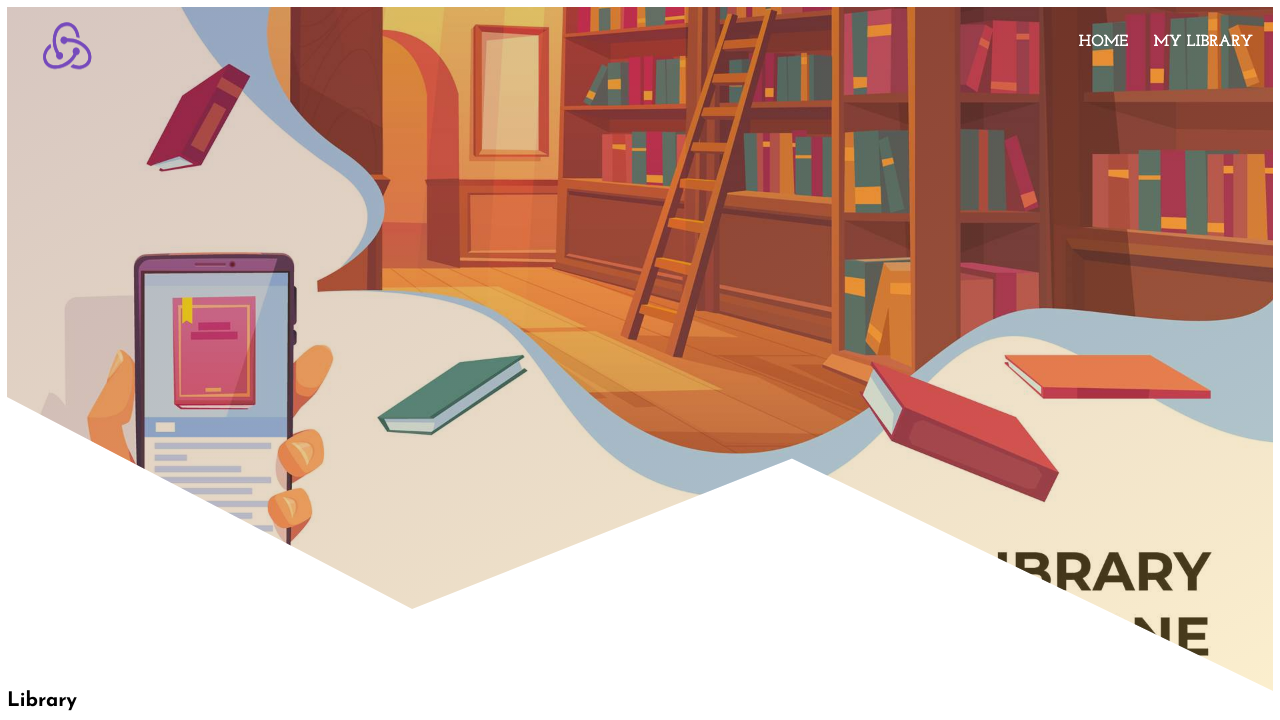
Repository: Kol124/react-book-library
Page: /Library
These files come from the project's save history. The page is drawn as it stood at one moment and after the next save; the edit follows.
The browser window is 1280 px wide. The pictures show the whole page.
The project was rebuilt for these pictures with package versions that can differ from the ones it lists, and the page was loaded fresh each time. Also part of the build but not shown: src/components/BookCard.js, src/components/Home.js.

Above is the page before, as saved 2021-07-14 19:11:50.

After the next save:
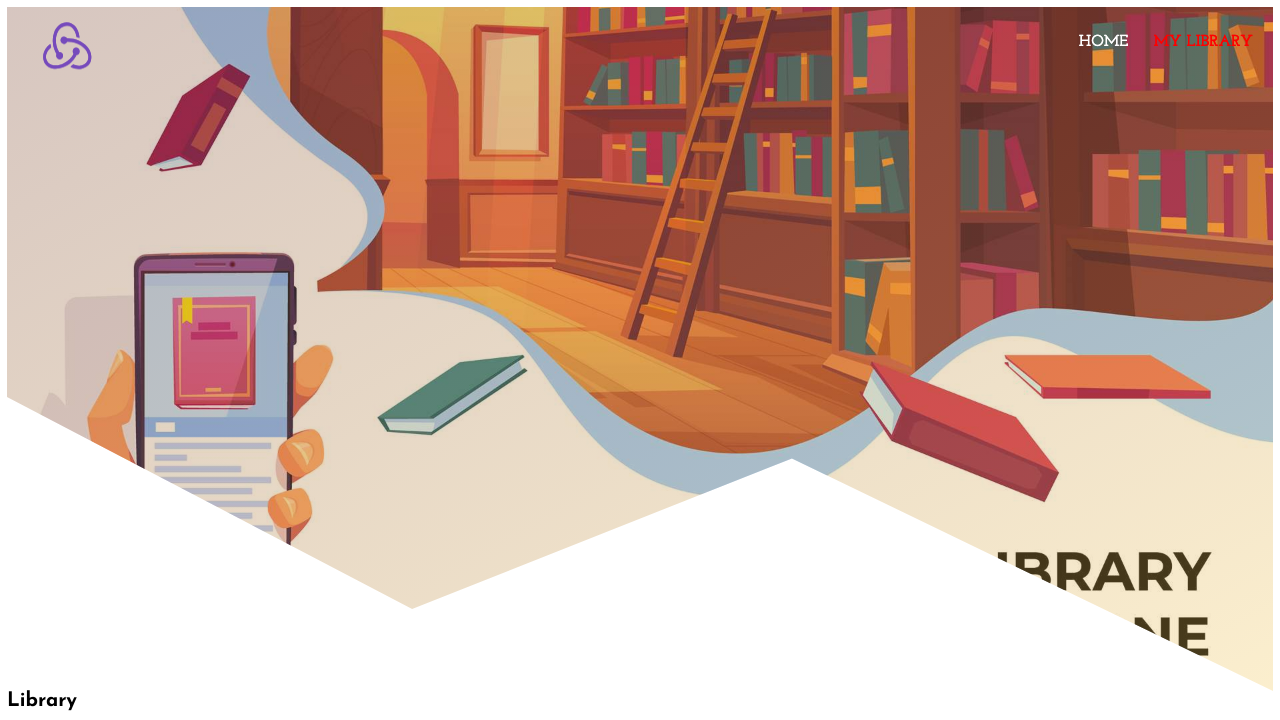
Saved 23 s later.
--- a/src/components/Nav.js
+++ b/src/components/Nav.js
@@ -20,7 +20,7 @@
         </li>
 
         <li>
-          <StyledLink to="/Library" isActive={pathname === "/"}>
+          <StyledLink to="/Library" isActive={pathname === "/Library"}>
             <span>My Library</span>
           </StyledLink>
         </li>

After the save that followed:
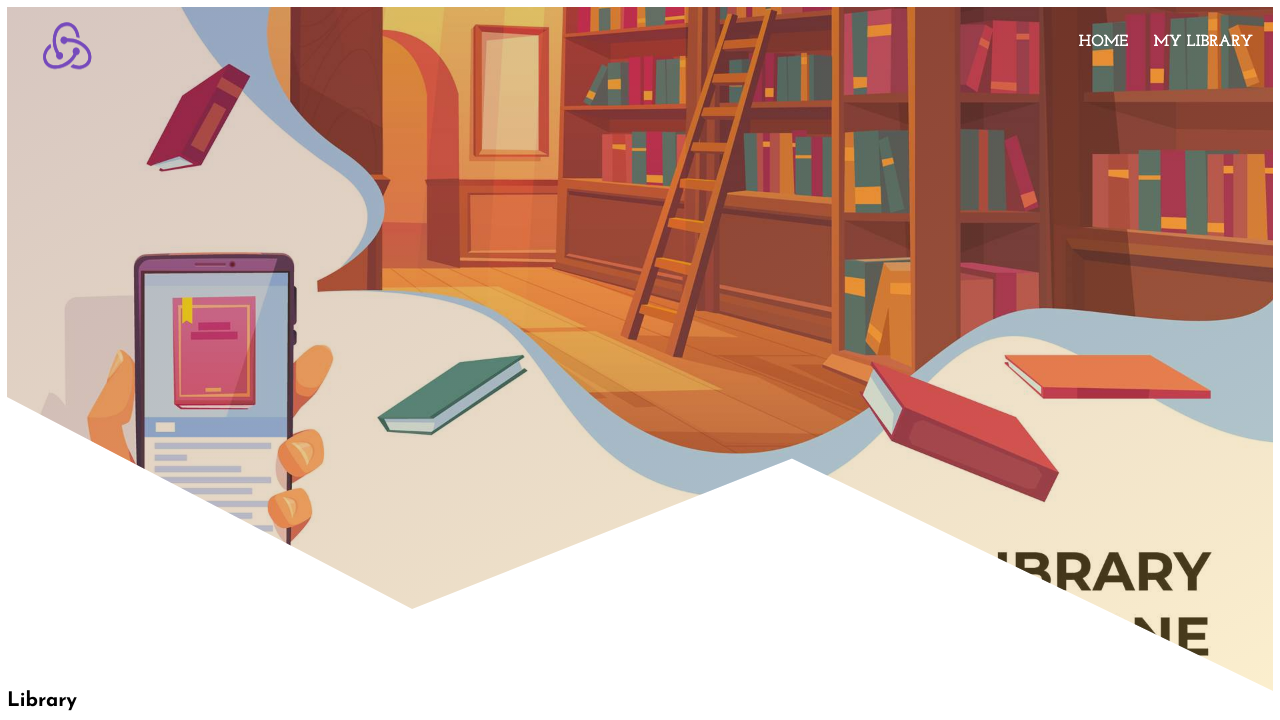
Saved 20 s later.
--- a/src/components/Nav.js
+++ b/src/components/Nav.js
@@ -82,7 +82,7 @@
 
 const StyledLink = styled(Link)`
   span {
-    color: ${(p) => (p.isActive ? "red" : "#fff")};
+    color: ${(p) => (p.isActive ? "#fff" : "#fff")};
     cursor: pointer;
     position: relative;
     text-decoration: none;
